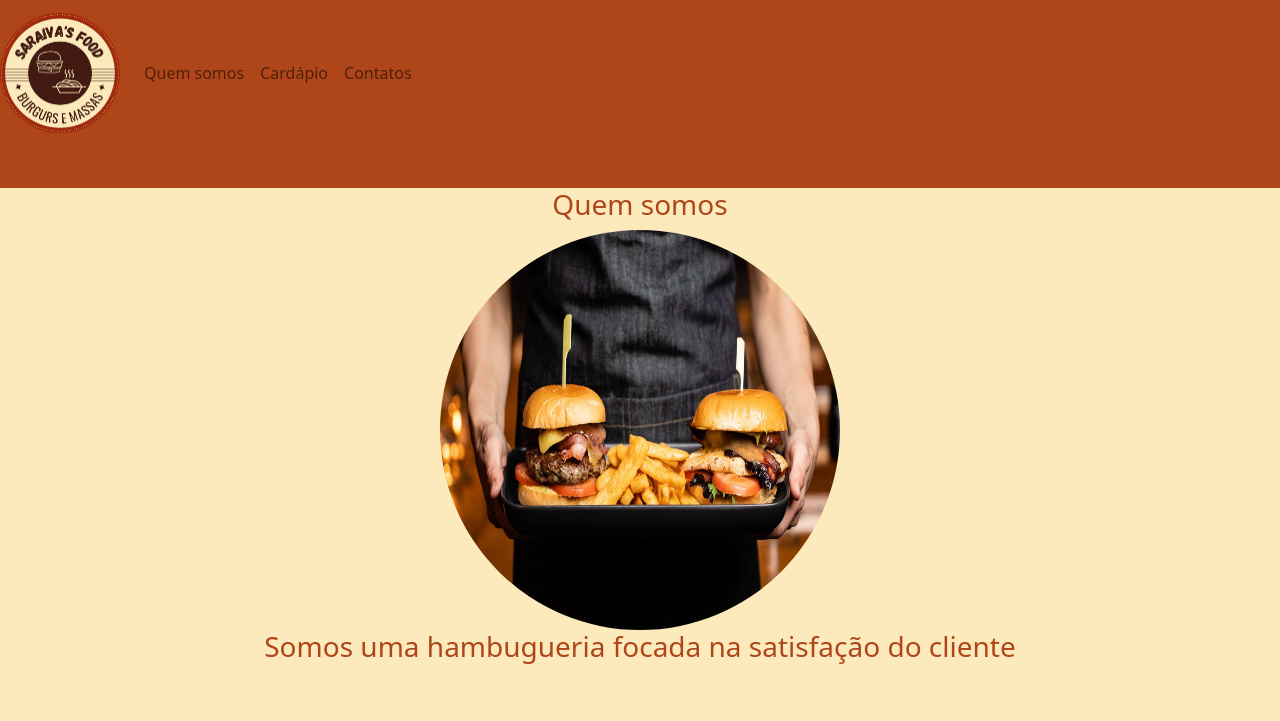
Repository: Tuanemendes/curso_bootstrap
Page: projeto1/index.html
An editor plug-in stored every save of this project. The page is shown before and after the next save, followed by the edit.
The browser window is 1280 px wide. The pictures show the whole page.

Above is the page before, as saved 2022-04-04 16:51:05.

After the next save:
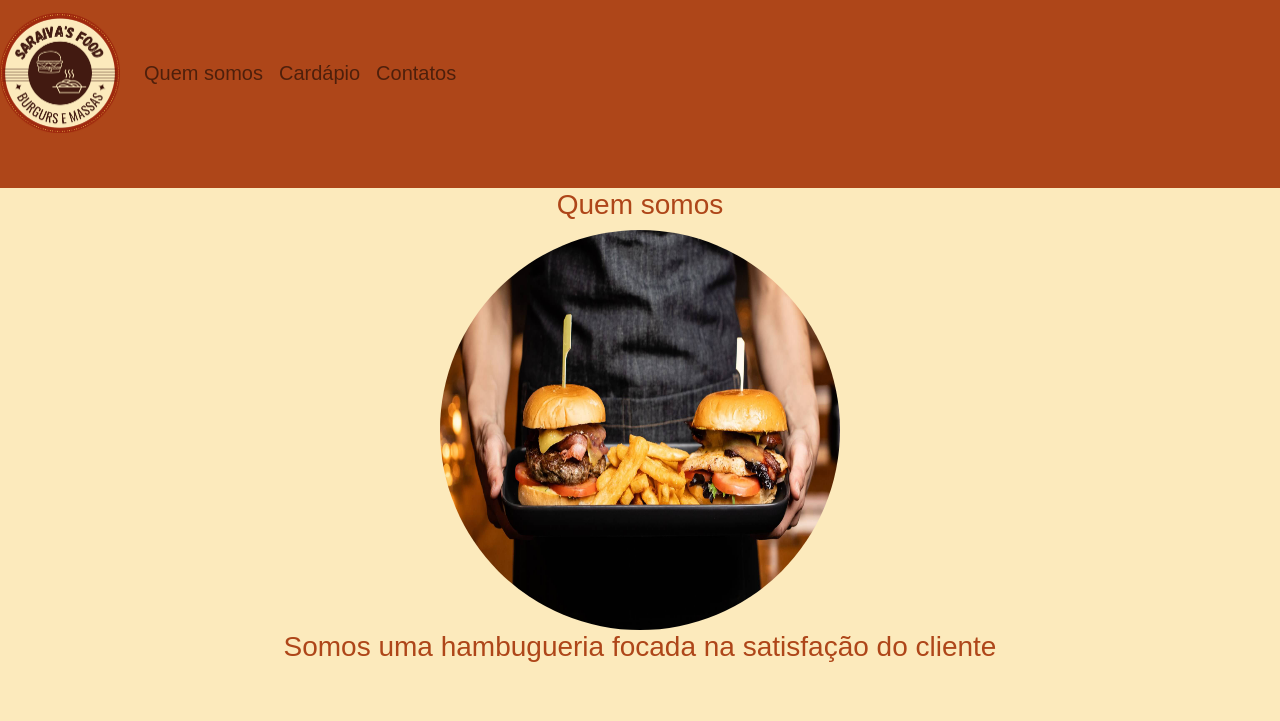
Saved 74 s later.
--- a/css/style.css
+++ b/css/style.css
@@ -1,3 +1,7 @@
+body{
+  font: 20px Arial,sans-serif;
+}
+
 .navbar{
     background-color: #ae4619;
 
